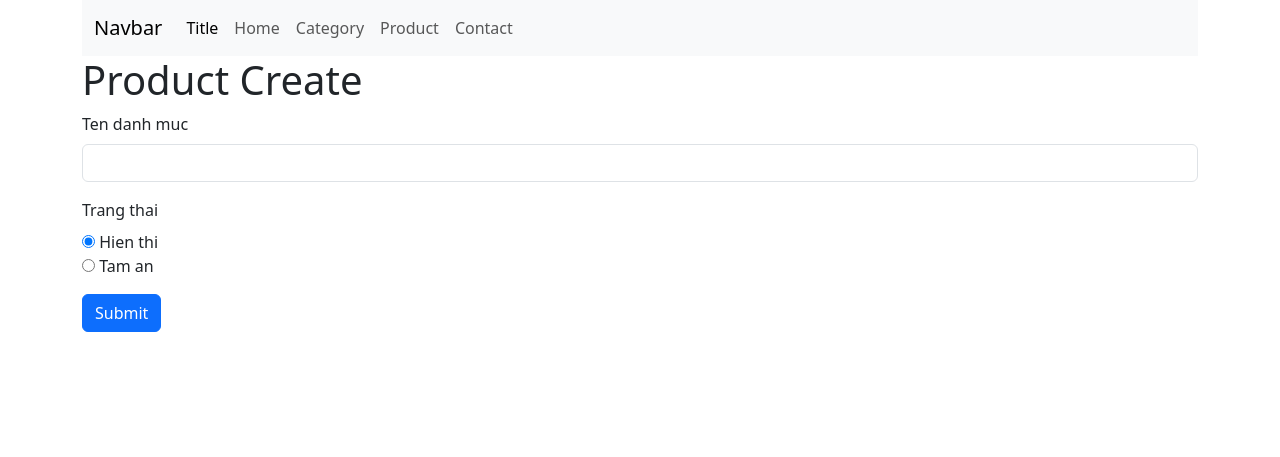
Repository: ndmq03102002/crud_laravel
Page: resources/views/admin/product/create.blade.php
These files come from the project's save history. The page is drawn as it stood at one moment and after the next save; the edit follows.
The browser window is 1280 px wide. The pictures show the whole page.
The page is served by the project's Laravel application, run on PHP 8.4 with Laravel 10. Other server files are loaded and not shown. The template is opened directly, without the code that normally fills it, so the values that code supplies are empty.

Above is the page before, as saved 2024-07-12 11:39:02.

### routes/web.php
<?php

use App\Http\Controllers\HomeController;
use App\Http\Controllers\AdminController;
use Illuminate\Support\Facades\Route;
use App\Http\Controllers\ProductController;
use App\Http\Controllers\CategoryController;
/*
|--------------------------------------------------------------------------
| Web Routes
|--------------------------------------------------------------------------
|
| Here is where you can register web routes for your application. These
| routes are loaded by the RouteServiceProvider and all of them will
| be assigned to the "web" middleware group. Make something great!
|
*/

Route::group(['prefix' => ''], function () {
    Route::get('/', [HomeController::class, 'index'])->name('home.index');
});

Route::get('/admin/login', [AdminController::class, 'login'])->name('admin.login');
Route::post('/admin/login', [AdminController::class, 'Checklogin']);
Route::get('/admin/register', [AdminController::class, 'register'])->name('admin.register');
Route::post('/admin/register', [AdminController::class, 'Checkregister']);


Route::group(['prefix' => 'admin', 'middleware'=>'auth'], function () {
    Route::get('/', [AdminController::class, 'index'])->name('admin.index');
    Route::resources([
        'product' => ProductController::class,
        'category' => CategoryController::class,
    ]);
});

### resources/views/admin/product/create.blade.php
@extends('admin.admin')

@section('main')

<h1>Product Create</h1>

<form action="{{route('product.store')}}" method = 'post' role="form">
    @csrf
    <div class="mb-3">
      <label for="exampleInputEmail1" class="form-label">Ten danh muc</label>
      <input type="text" class="form-control" name='name' id="exampleInputEmail1" aria-describedby="emailHelp">

    </div>
    <div class="mb-3">
      <label for="exampleInputPassword1" class="form-label">Trang thai</label>
      <div class="radio">
        <label for="">
            <input type="radio" name="status" value="1" checked>
            Hien thi
        </label>
      </div>
      <div class="radio">
        <label for="">
            <input type="radio" name="status" value="0" >
            Tam an
        </label>
      </div>
    </div>

    <button type="submit" class="btn btn-primary">Submit</button>
  </form>



@endsection

### resources/views/admin/admin.blade.php
<!doctype html>
<html lang="en">
    <head>
        <title>Title</title>
        <!-- Required meta tags -->
        <meta charset="utf-8" />
        <meta
            name="viewport"
            content="width=device-width, initial-scale=1, shrink-to-fit=no"
        />

        <!-- Bootstrap CSS v5.2.1 -->
        <link
            href="https://cdn.jsdelivr.net/npm/bootstrap@5.3.2/dist/css/bootstrap.min.css"
            rel="stylesheet"
            integrity="sha384-T3c6CoIi6uLrA9TneNEoa7RxnatzjcDSCmG1MXxSR1GAsXEV/Dwwykc2MPK8M2HN"
            crossorigin="anonymous"
        />
    </head>

    <body>

        <div
            class="container"
        >
        <nav class="navbar navbar-expand-lg bg-body-tertiary">
            <div class="container-fluid">
              <a class="navbar-brand" href="#">Navbar</a>
              <button class="navbar-toggler" type="button" data-bs-toggle="collapse" data-bs-target="#navbarNav" aria-controls="navbarNav" aria-expanded="false" aria-label="Toggle navigation">
                <span class="navbar-toggler-icon"></span>
              </button>
              <div class="collapse navbar-collapse" id="navbarNav">
                <ul class="navbar-nav">
                  <li class="nav-item">
                    <a class="nav-link active" aria-current="page" href="#">Title</a>
                  </li>
                  <li class="nav-item">
                    <a class="nav-link" href="{{route('admin.index')}}">Home</a>
                  </li>
                  <li class="nav-item">
                    <a class="nav-link" href="{{route('category.index')}}">Category</a>
                  </li>
                  <li class="nav-item">
                    <a class="nav-link" href="{{route('product.index')}}">Product</a>
                  </li>
                    <li class="nav-item">
                        <a class="nav-link" href="#">Contact</a>
                    </li>
                </ul>
              </div>
            </div>
          </nav>

        </div>

        <div
            class="container"
        >
            @yield('main')
        </div>





        <script
            src="https://cdn.jsdelivr.net/npm/@popperjs/core@2.11.8/dist/umd/popper.min.js"
            integrity="sha384-I7E8VVD/ismYTF4hNIPjVp/Zjvgyol6VFvRkX/vR+Vc4jQkC+hVqc2pM8ODewa9r"
            crossorigin="anonymous"
        ></script>

        <script
            src="https://cdn.jsdelivr.net/npm/bootstrap@5.3.2/dist/js/bootstrap.min.js"
            integrity="sha384-BBtl+eGJRgqQAUMxJ7pMwbEyER4l1g+O15P+16Ep7Q9Q+zqX6gSbd85u4mG4QzX+"
            crossorigin="anonymous"
        ></script>
    </body>
</html>

After the next save:
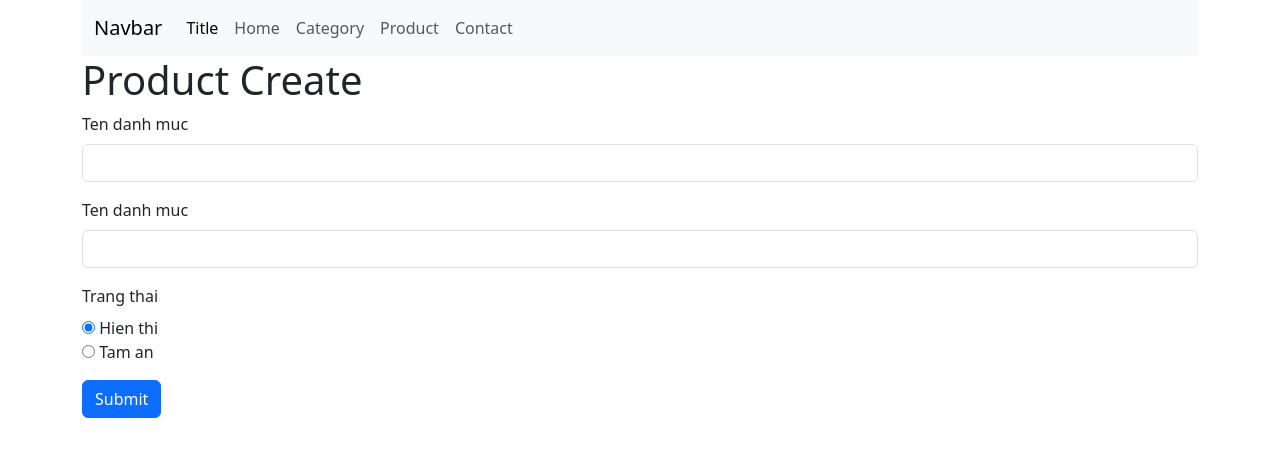
Saved 34 s later.
--- a/resources/views/admin/product/create.blade.php
+++ b/resources/views/admin/product/create.blade.php
@@ -7,6 +7,10 @@
 <form action="{{route('product.store')}}" method = 'post' role="form">
     @csrf
     <div class="mb-3">
+      <label for="exampleInputEmail1" class="form-label">Ten danh muc</label>
+      <input type="text" class="form-control" name='name' id="exampleInputEmail1" aria-describedby="emailHelp">
+
+    </div><div class="mb-3">
       <label for="exampleInputEmail1" class="form-label">Ten danh muc</label>
       <input type="text" class="form-control" name='name' id="exampleInputEmail1" aria-describedby="emailHelp">
 
